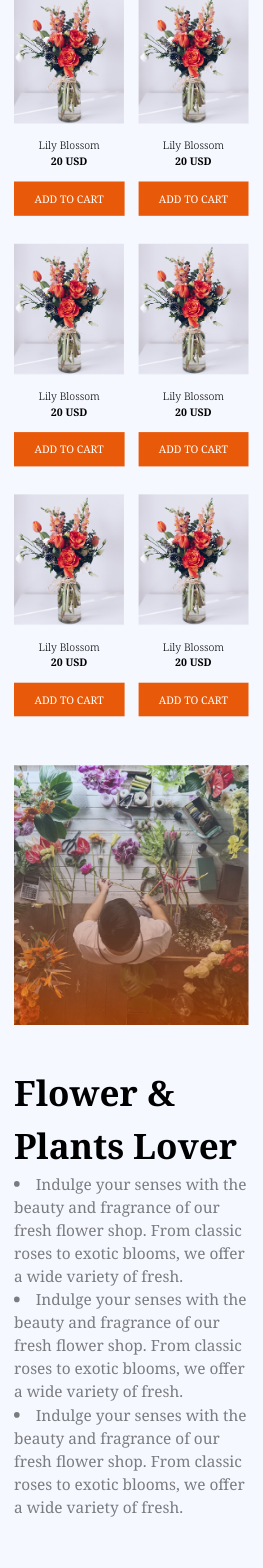
Repository: nahid-hasann/website-7
Page: index.html
An editor plug-in stored every save of this project. The page is shown before and after a run of saves, followed by the edit.
The browser window is 375 px wide. The pictures show the part of the page from y = 1245 to 3485 px (the page is 3485 px tall before and 3371 px after), at 70% of full size.
Some web libraries are served in a nearby version.

Above is the page before, as saved 2025-07-24 13:13:56.

After the next 7 saves:
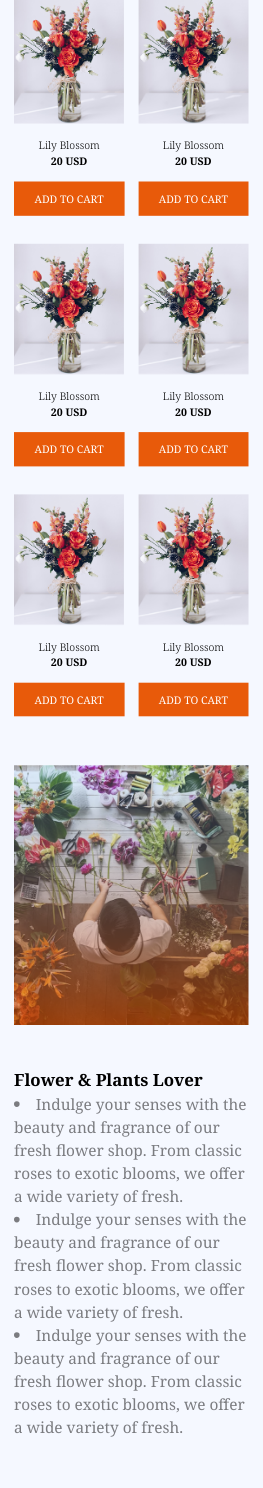
The 7 saves are shown as one change because they came seconds apart.
The last was saved 44 s later.
--- a/style.css
+++ b/style.css
@@ -279,4 +279,9 @@ nav{
     display: none;
 }
 
-}
+.plants-lover-content h1{
+    font-size: 24px;
+
+}
+
+}
